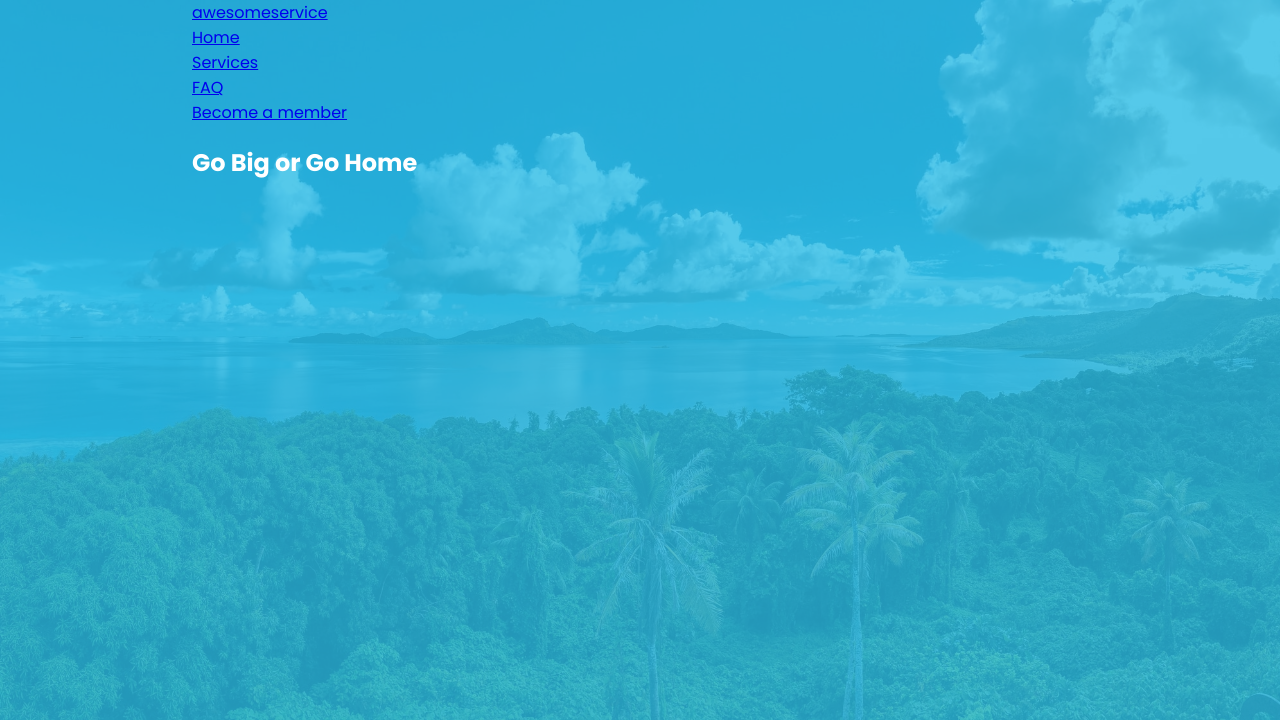
Repository: Hyperion72R/Animated-Navigation
Page: index.html
An editor plug-in stored every save of this project. The page is shown before and after the next save, followed by the edit.
The browser window is 1280 px wide. The pictures show the whole page.
The style sheet was rebuilt from its Sass, Less or Tailwind sources for each picture, by a compiler version that may differ from the author's.

Above is the page before, as saved 2021-08-14 16:33:56.

After the next save:
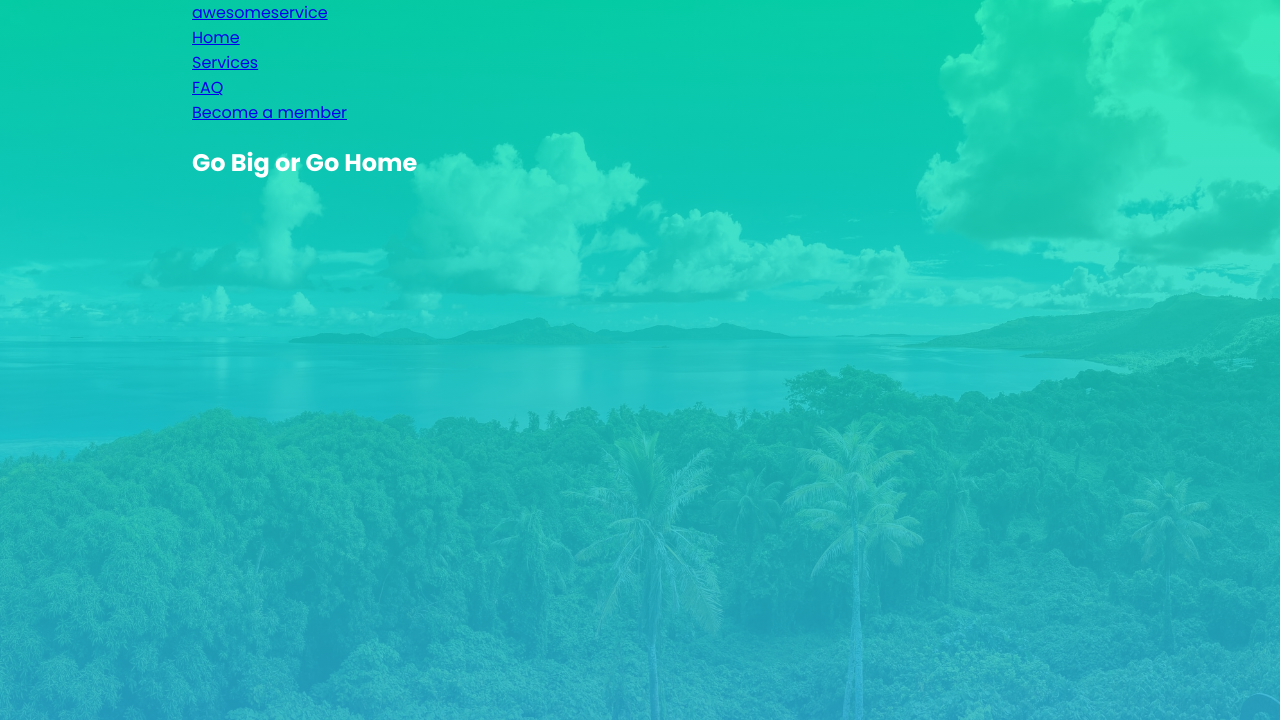
Saved 54 s later.
--- a/css/main.scss
+++ b/css/main.scss
@@ -13,7 +13,7 @@ body::after {
   //   height: 108%;
   height: 100%;
   //   background-color: rgba(51, 51, 51, 0.5);
-  background-color: rgba(44, 189, 230, 0.8);
+  background: linear-gradient(rgba(4, 230, 168, 0.8), rgba(44, 189, 230, 0.8));
   position: absolute;
   top: 0;
   left: 0;
